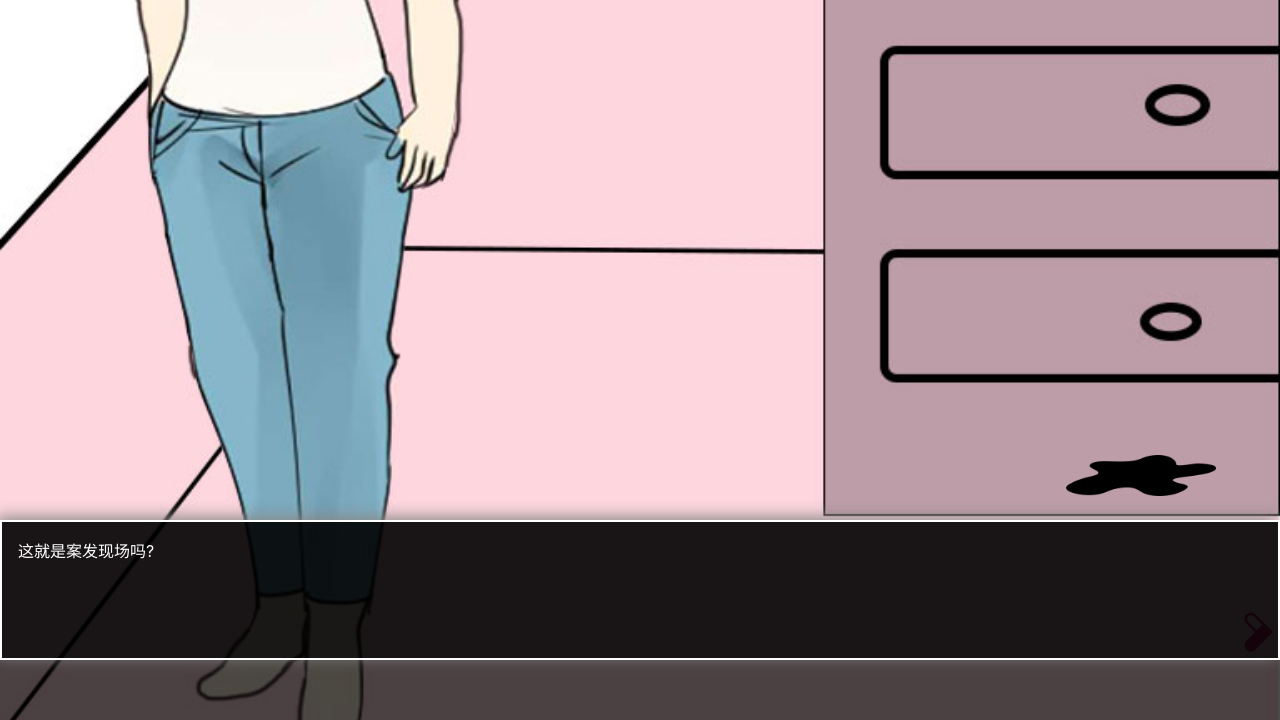
Repository: Jofali/reasoning-genius
Page: /
An editor plug-in stored every save of this project. The page is shown before and after the next save, followed by the edit.
The browser window is 1280 px wide. The pictures show the whole page.
The project was rebuilt for these pictures with package versions that can differ from the ones it lists, and the page was loaded fresh each time. Also part of the build but not shown: src/part2/part2.css, src/part2/part2.js.

Above is the page before, as saved 2019-05-22 16:39:50.

After the next save:
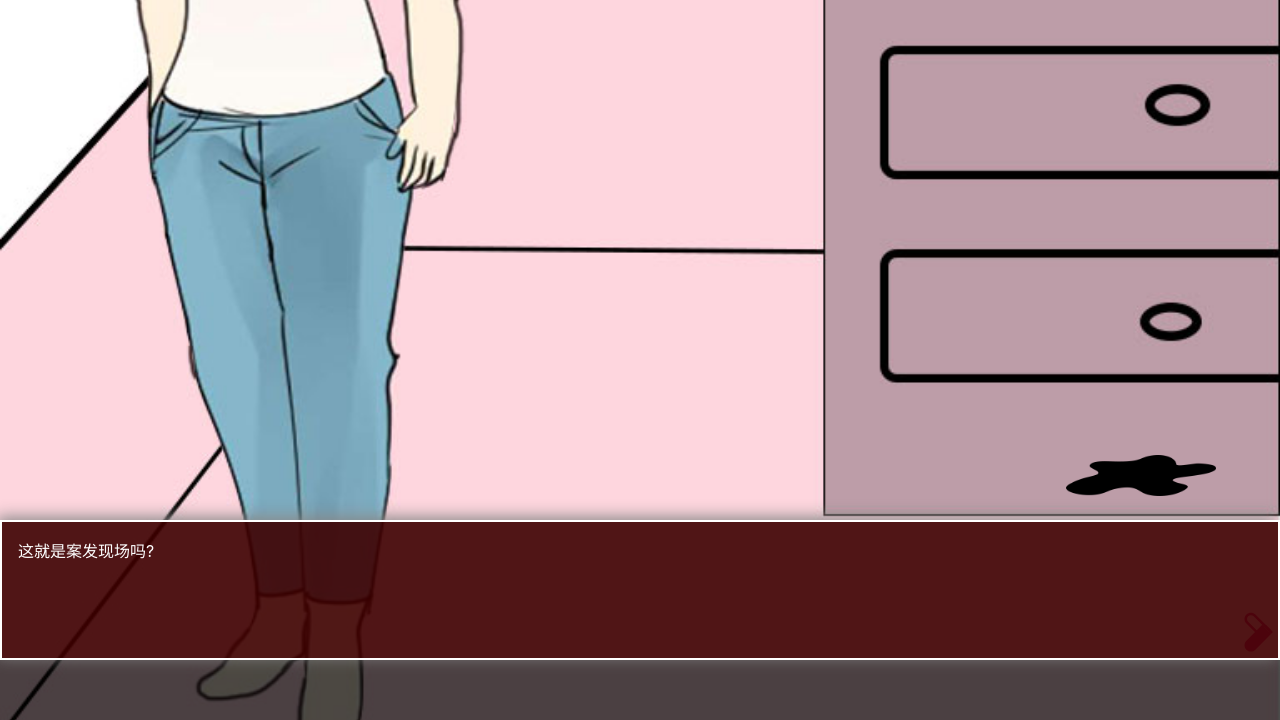
Saved 13 s later.
--- a/src/title/title.css
+++ b/src/title/title.css
@@ -13,7 +13,7 @@
   bottom: 60px;
   border: 2px solid #fff;
   box-shadow: -3px -3px 15px #888888;
-  background: rgba(0, 0, 0, 0.9);
+  background: rgba(61, 0, 0, 0.9);
   color: #fff;
   box-sizing: border-box;
   padding: 1rem;
